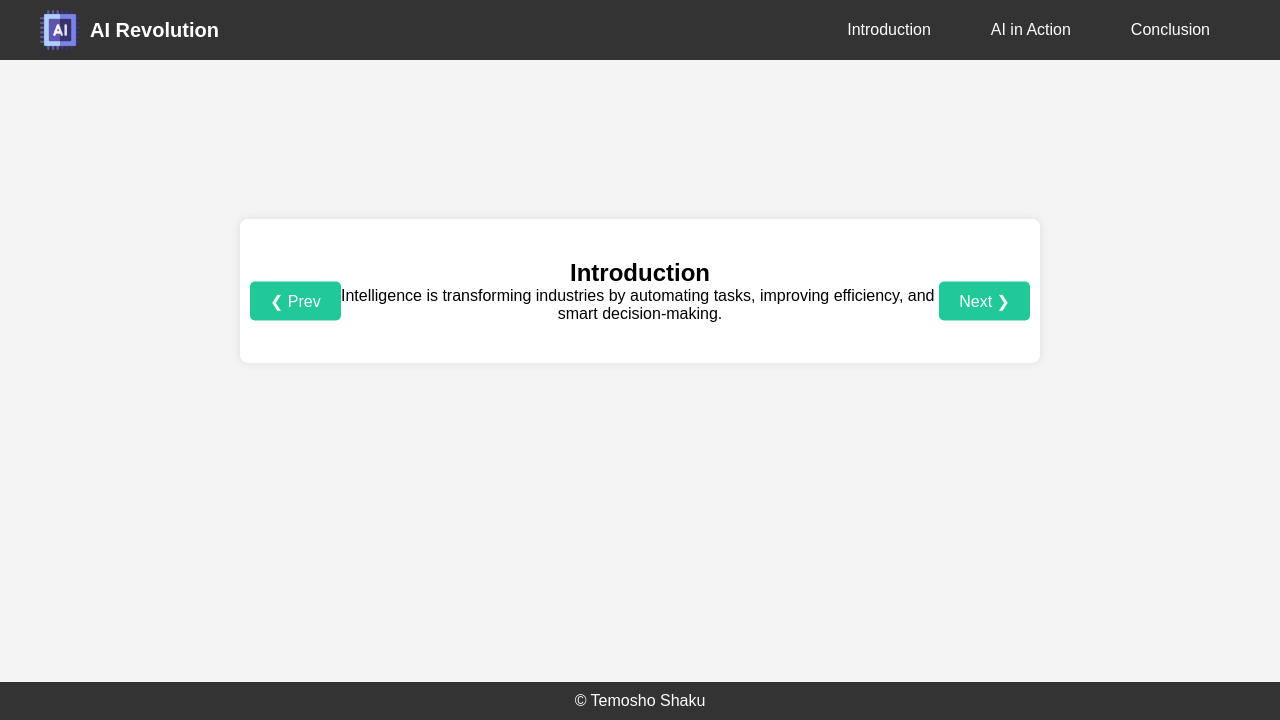
Repository: TemoshoS/ai
Page: index.html
An editor plug-in stored every save of this project. The page is shown before and after a run of saves, followed by the edit.
The browser window is 1280 px wide. The pictures show the whole page.

Above is the page before, as saved 2025-02-17 10:44:07.
Console error: TypeError: Cannot read properties of null (reading 'addEventListener')

After the next 4 saves:
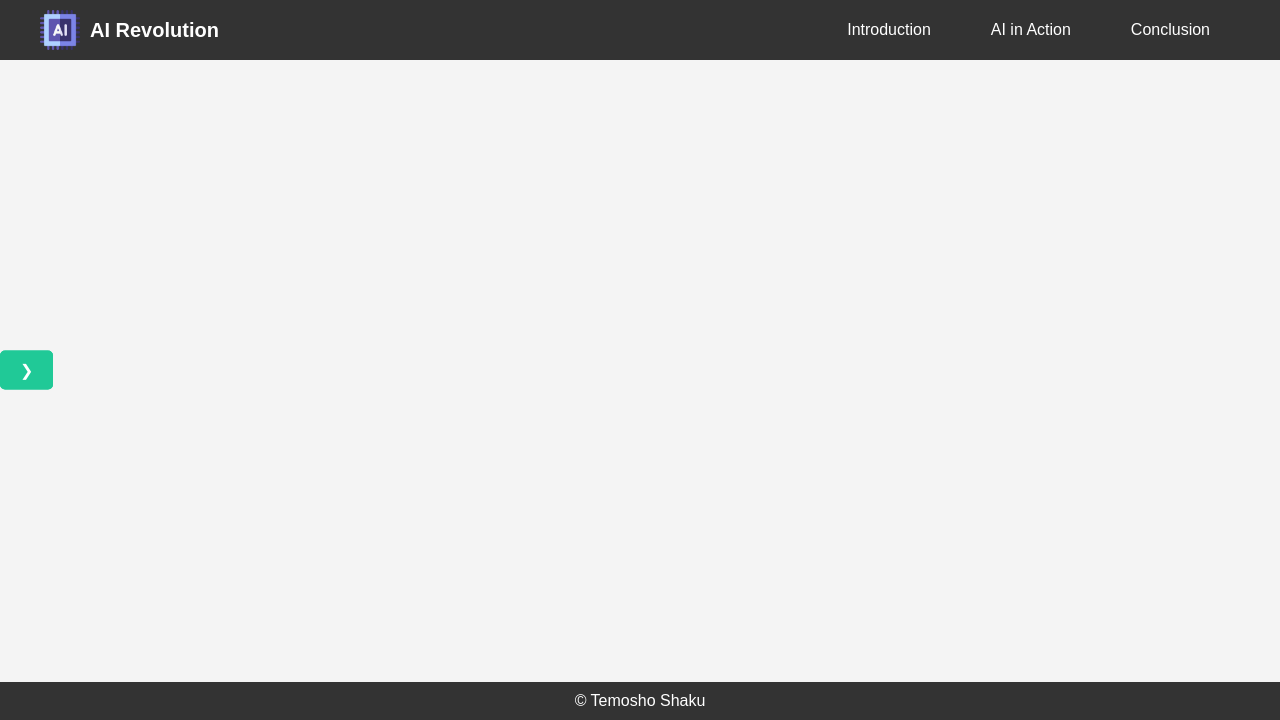
The 4 saves are shown as one change because they came seconds apart.
The last was saved 12 s later.
--- a/index.html
+++ b/index.html
@@ -21,36 +21,27 @@
             </ul>
         </div>
     </nav>
-    <div id="chatBox">
-        <div class="chat-header">
-            Chat
-            <button id="closeChat">&times;</button>
+
+    <div class="slider">
+        <div class="slides">
+            <section class="slide" id="intro">
+                <h2>Introduction</h2>
+                <p>Artificial Intelligence is transforming industries by automating tasks, improving efficiency, and enabling smart decision-making.</p>
+            </section>
+            <section class="slide" id="body">
+                <h2>AI in Action</h2>
+                <p><strong>What is AI?</strong><br>AI (Artificial Intelligence) is when machines are made to think and learn like humans.</p>
+                <p><strong>Why is AI Important?</strong><br>AI is important because it helps us work faster, reduces mistakes, and can do tasks that would be hard for people.</p>
+                <p><strong>How Does AI Work?</strong><br>AI works by analyzing large amounts of data and learning from it.</p>
+            </section>
+            <section class="slide" id="conclusion">
+                <h2>Conclusion</h2>
+                <p>AI continues to evolve, offering endless possibilities while also raising ethical concerns that need to be addressed.</p>
+            </section>
         </div>
-        <div class="chat-body"></div>
-        <input type="text" id="chatInput" placeholder="Type a message...">
-        <button id="sendChat">Send</button>
+        <button class="prev" onclick="moveSlide(-1)">&#10094;</button>
+        <button class="next" onclick="moveSlide(1)">&#10095;</button>
     </div>
-
-    <div class="slider-container">
-        <div class="slide active" id="slide-intro">
-            <h2>Introduction</h2>
-            <p>Artificial Intelligence is transforming industries by automating tasks, improving efficiency, and enabling smart decision-making.</p>
-        </div>
-        <div class="slide" id="slide-ai-action">
-            <h2>AI in Action</h2>
-            <p><strong>What is AI?</strong> AI is when machines are made to think and learn like humans.</p>
-            <p><strong>Why is AI Important?</strong> It helps us work faster, reduces mistakes, and can do hard tasks.</p>
-            <p><strong>How Does AI Work?</strong> AI looks at data, learns from it, and improves over time.</p>
-        </div>
-        <div class="slide" id="slide-conclusion">
-            <h2>Conclusion</h2>
-            <p>AI continues to evolve, offering endless possibilities while raising ethical concerns.</p>
-        </div>
-
-        <button id="prevBtn">&#10094; Prev</button>
-        <button id="nextBtn">Next &#10095;</button>
-    </div>
-
 
     <footer>
         <p>&copy; Temosho Shaku</p>
